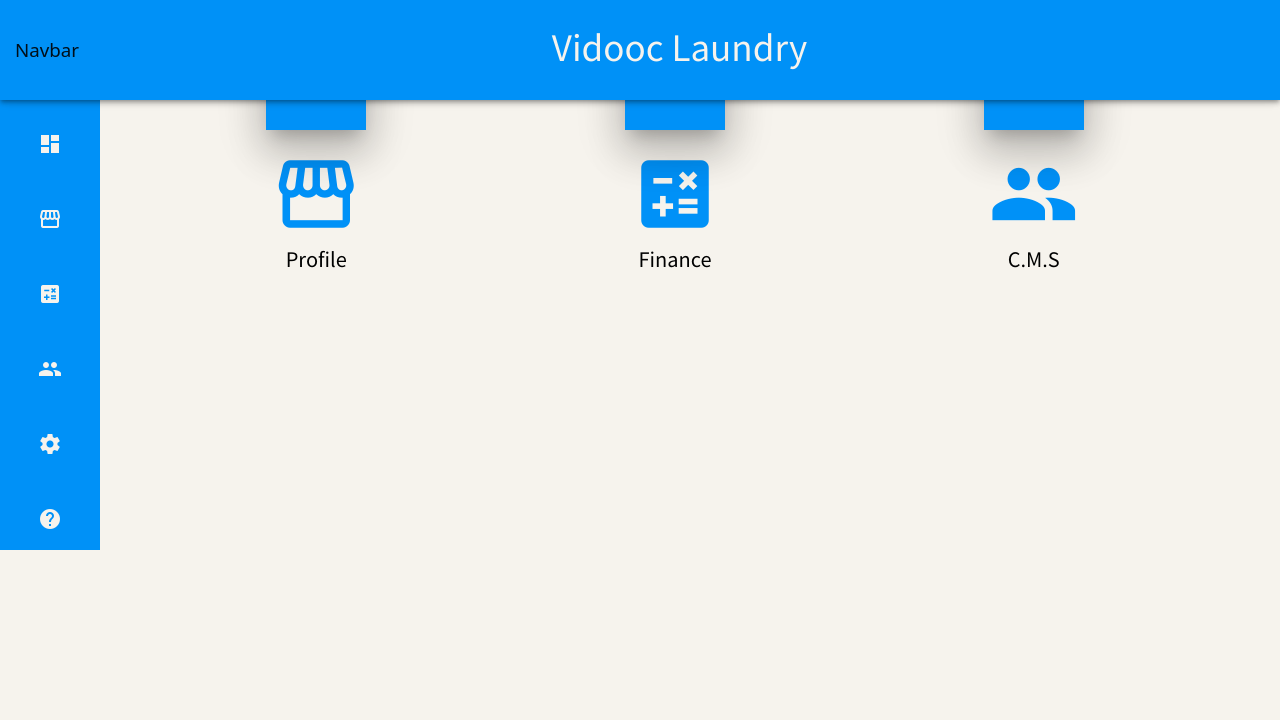
Repository: latenightsnacc/AllinOne
Page: Design/dashboard.html
An editor plug-in stored every save of this project. The page is shown before and after the next save, followed by the edit.
The browser window is 1280 px wide. The pictures show the whole page.
The style sheet was rebuilt from its Sass, Less or Tailwind sources for each picture, by a compiler version that may differ from the author's.

Above is the page before, as saved 2020-09-17 09:18:38.

### Design/dashboard.html
<!DOCTYPE html>
<html lang="en">
<head>
    <meta charset="UTF-8">
    <meta name="viewport" content="width=device-width, initial-scale=1.0">
    <!--Icons-->
    <link href="https://fonts.googleapis.com/icon?family=Material+Icons" rel="stylesheet">
    <!-- Compiled and minified CSS -->
    <link rel="stylesheet" href="https://cdnjs.cloudflare.com/ajax/libs/materialize/1.0.0/css/materialize.min.css">
    <link rel="stylesheet" href="https://stackpath.bootstrapcdn.com/bootstrap/5.0.0-alpha1/css/bootstrap.min.css" integrity="sha384-r4NyP46KrjDleawBgD5tp8Y7UzmLA05oM1iAEQ17CSuDqnUK2+k9luXQOfXJCJ4I" crossorigin="anonymous">
    <!--Custom css-->
    <link rel="stylesheet" href="sidebar.css">
    <title>Welcome Page</title>
</head>
<body>
    <!--Navbar-->
    <nav class="navbar fixed-top navbar-light bg-light blue-nav z-depth-2">
        <div class="container-fluid">
          <a class="navbar-brand">Navbar</a>
            <div class="welcome-box text-center">
                <h1 class="biz-title">Vidooc Laundry</h1>
            </div>
        </div>
    </nav>

    <!--Sidebar-->
    <div class="side-bar">
        <ul>
          <li>
            <a href="#" class="sidebar-icon">
                <i class=" material-icons">dashboard</i>
            </a>

          </li>
          <li>
            <a href="#" class="sidebar-icon">
                <i class=" material-icons">storefront</i>
            </a>
          </li>
          <li>
            <a href="#" class="sidebar-icon">
                <i class=" material-icons">calculate</i>
            </a>
          </li>
          <li>
            <a href="#" class="sidebar-icon">
                <i class=" material-icons">people</i>
            </a>
          </li>
          <li>
            <a href="#" class="sidebar-icon">
                <i class=" material-icons">settings</i>
            </a>
          </li>
          <li>
            <a href="#" class="sidebar-icon">
                <i class=" material-icons">help</i>
            </a>
          </li>
        </ul>
    </div>

    <div class="wrapper " >
        <div class="content  ">

            <div class="container">
                <div class="row ml-5  py-5">
                    <div class="col-xs-12 col-sm-12 col-md-4 col-lg-4 col-xl-4 col-xxl-4">
                        <a href="#">
                            <div class="cardNew  greyBs my-5 ">
                                <div class="card-top z-depth-5">
                                    01
                                </div>
                                <div class="card-content">
                                    <div class="card-icon">
                                        <i class="large material-icons">storefront</i>
                                    </div>
                                    <div class="card-title text-center">Profile</div>

                                </div>
                            </div>
                        </a>
                    </div>
                    <div class="col-xs-12 col-sm-12 col-md-4 col-lg-4 col-xl-4 col-xxl-4">
                        <a href="#">
                            <div class="cardNew my-5 greyBs">
                                <div class="card-top z-depth-5">
                                    01
                                </div>
                                <div class="card-content">
                                    <div class="card-icon">
                                        <i class="large material-icons">calculate</i>
                                    </div>
                                    <div class="card-title text-center">Finance</div>

                                </div>
                            </div>
                        </a>
                    </div>
                    <div class="col-xs-12 col-sm-12 col-md-4 col-lg-4 col-xl-4 col-xxl-4">
                        <a href="#">
                            <div class="cardNew my-5 greyBs">
                                <div class="card-top z-depth-5">
                                    01
                                </div>
                                <div class="card-content">
                                    <div class="card-icon">
                                        <i class="large material-icons">people</i>
                                    </div>
                                    <div class="card-title text-center">C.M.S</div>

                                </div>
                            </div>
                        </a>
                    </div>
                </div>
            </div>
        </div>

    </div >

    <script src="https://cdn.jsdelivr.net/npm/popper.js@1.16.0/dist/umd/popper.min.js" integrity="sha384-Q6E9RHvbIyZFJoft+2mJbHaEWldlvI9IOYy5n3zV9zzTtmI3UksdQRVvoxMfooAo" crossorigin="anonymous"></script>
    <script src="https://stackpath.bootstrapcdn.com/bootstrap/5.0.0-alpha1/js/bootstrap.min.js" integrity="sha384-oesi62hOLfzrys4LxRF63OJCXdXDipiYWBnvTl9Y9/TRlw5xlKIEHpNyvvDShgf/" crossorigin="anonymous"></script>
</body>
</html>

### Design/sidebar.scss
@import 'variables';

*{
    margin: 0;
    padding: 0;
    box-sizing: border-box;
    list-style: none;
    a {
        text-decoration: none;

    }
    &:before,&:after {
        box-sizing: border-box;
    }
    :after {
        content: "";
    }
}

body, html {
    background: $grey;
    overflow-x: hidden;
}
.wrapper {
    min-height:100vh;
    margin-left: 100px;

}
.cardNew{
    display: flex;
    flex-direction: column;
    align-items: center;
    justify-content: center;
    width: 250px;
    height: 250px;
    position: relative;
    background-color: $grey;


    .card-content{
        color: $blue2;

    }

    .card-top {
        position: absolute;
        top:-60px;
        left: 75px;
        width: 100px;
        height: 100px;
        background-color: $blue2;
        display: flex;
        align-items: center;
        justify-content: center;
        font-size: 30px;
        color: $grey;


    }

    &:hover {
        box-shadow: $bsGrey;
        border-radius: $borderR;
    }

}
.card-title {
    font-family: $fontNoto;
    font-size: 20px;
    color: black;
}
.biz-title {
    font-family: $fontNoto;
    font-size: 35px;
    color: $grey;
}

.blue-nav {
    height: 100px;
    background-color: $blue2 !important;
}

a.sidebar-icon {
    color: $grey;
    font-size: 50px;
}
.side-bar {
    float: left;
	position: fixed;
	top: 200;
    left: 0;
    background: transparent;
    margin-top: 100px;
}

.side-bar ul {
	text-align: center;
}

.side-bar ul li {
	position: relative;
  width: 100px;
  cursor: pointer;
	background: $blue2;
	text-transform: uppercase;
	transition:all .4s ease-out;
}

.side-bar ul li:after {
	position: absolute;
	background: $grey;
	color: $blue2;
	top:0;
	left: 100px;
	width: 100px; height: 100%;
  opacity:.5;
  transform: perspective(400px) rotateY(90deg);
	transform-origin: 0 100%;
	transition:all .4s ease-out;
}

.side-bar ul li:nth-child(1):after {
    display: flex;
    align-items: center;
    justify-content: center;
    content: "Dashboard";
	line-height: 88px;
}
.side-bar ul li:nth-child(2):after {
    content: "Profile";
    display: flex;
    align-items: center;
    justify-content: center;
	line-height: 88px;
}
.side-bar ul li:nth-child(3):after {
    display: flex;
    align-items: center;
    justify-content: center;
	content: "Finance";
	line-height: 85px;
}
.side-bar ul li:nth-child(4):after {
    display: flex;
    align-items: center;
    justify-content: center;
	content: "CMS";
	line-height: 70px;
}
.side-bar ul li:nth-child(5):after {
    display: flex;
    align-items: center;
    justify-content: center;
	content: "Settings";
	line-height: 70px;
}
.side-bar ul li:nth-child(6):after {
    display: flex;
    align-items: center;
    justify-content: center;
	content: "Help";
	line-height: 70px;
}

.side-bar ul li:hover {
	transform: translateX(-100px);
}

.side-bar ul li:hover:after {
  opacity: 1;
	transform: perspective(400px) rotateY(0deg) scale(1) ;
}


.side-bar ul li > div {
	display: inline-block;
	padding: 25px 0;
	background: transparent;
}

.side-bar ul li div { position: relative; }

### Design/_variables.scss
@import url('https://fonts.googleapis.com/css2?family=Roboto+Mono&display=swap');
@import url('https://fonts.googleapis.com/css2?family=Noto+Sans+HK:wght@100;400&display=swap');

$fontRoboto: 'Roboto Mono', monospace;
$fontNoto: 'Noto Sans HK', sans-serif;
$blue: #55b9f3;
$blue2: #0091f7;
$white: #fff;
// $grey: #bdcfe5;
$grey: #f6f3ed;
$borderR: 50px;
$dark: black;
$Brb: 50px;
$bsGrey:  -30px -30px 60px #d1cfc9,
30px 30px 60px #ffffff;
$bsBlue:  -30px -30px 60px #489dcf,
30px 30px 60px #62d5ff;;

After the next save:
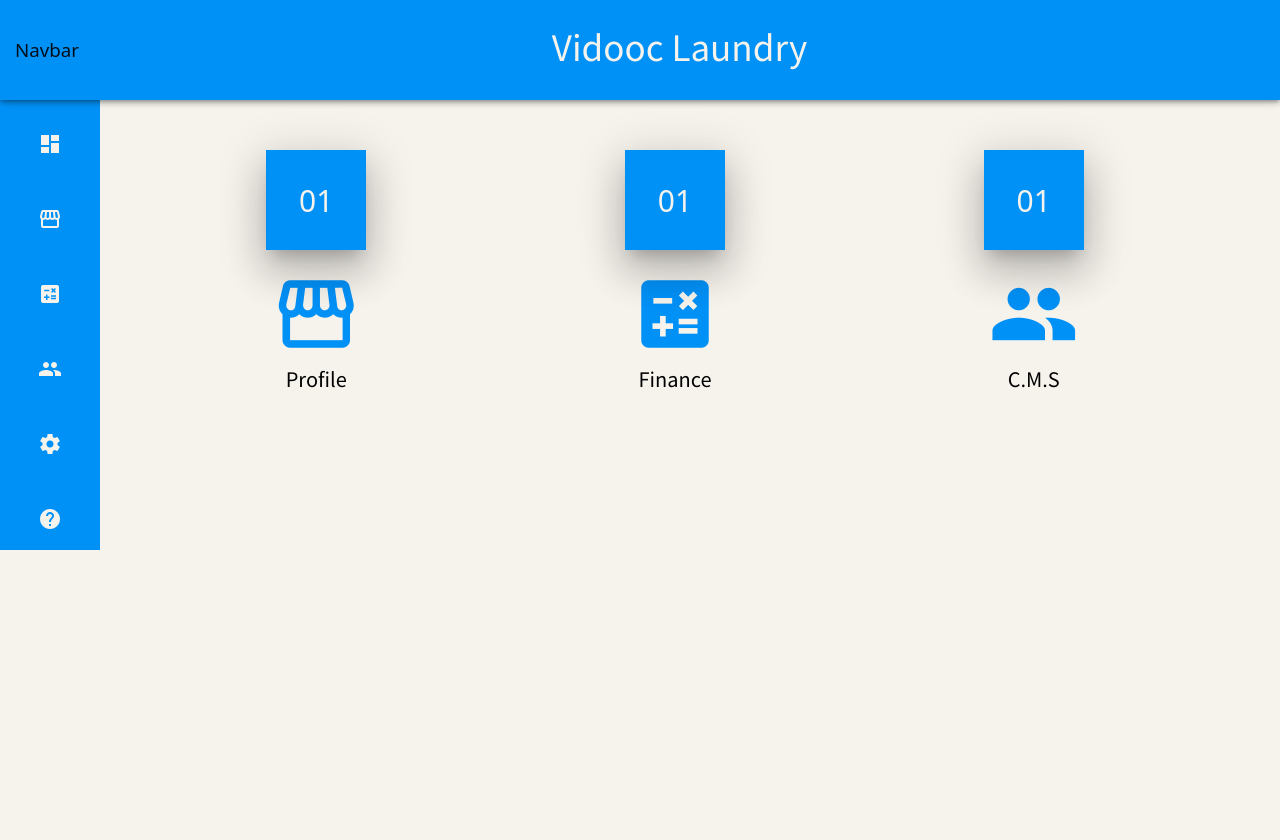
Saved 12 s later.
--- a/Design/sidebar.scss
+++ b/Design/sidebar.scss
@@ -24,6 +24,7 @@ body, html {
 .wrapper {
     min-height:100vh;
     margin-left: 100px;
+    margin-top: 120px;
 
 }
 .cardNew{
